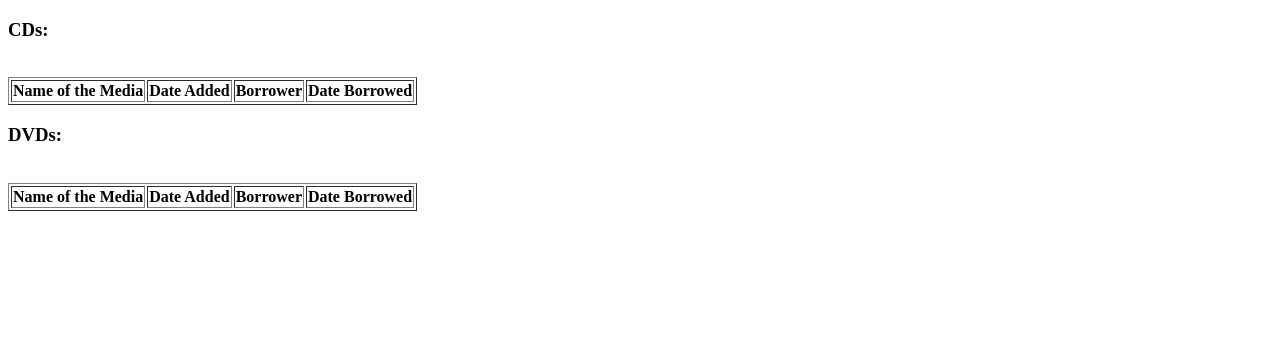
Repository: sjayach/CS320
Page: http://localhost/Practise/DisplayMedia
These files come from the project's save history. The page is drawn as it stood at one moment and after the next save; the edit follows.
The browser window is 1280 px wide. The pictures show the whole page.
The page is served by Tomcat 9. Other server files are loaded and not shown. Queries for data that is not in the repository find no rows.

Above is the page before, as saved 2015-06-11 18:28:23.

### Practise/WebContent/WEB-INF/MediaDisplay.jsp
<%@ page language="java" contentType="text/html; charset=ISO-8859-1"
    pageEncoding="ISO-8859-1"%>
    <%@ taglib prefix="c" uri="http://java.sun.com/jsp/jstl/core" %>
<!DOCTYPE html PUBLIC "-//W3C//DTD HTML 4.01 Transitional//EN" "http://www.w3.org/TR/html4/loose.dtd">
<html>
<head>
<meta http-equiv="Content-Type" content="text/html; charset=ISO-8859-1">
<title>Insert title here</title>
</head>
<body>
<h3>CDs:</h3><br />
<table border="1">
	<tr>
		<th>Name of the Media</th>
		<th>Date Added</th>
		<th>Borrower</th>
		<th>Date Borrowed</th>
	</tr>
	<c:forEach items="${ medialist}" var="media">
		<c:if test="${media.types == 'CD' }">
		<tr>

			<td>${media.namemedia}</td>
			<td>${media.addDate}</td>
			<c:choose>
				<c:when test="${not empty media.borrowed}">
					<td>${media.borrowed}</td>
					<td>${media.lentDate }
				</c:when>
				<c:otherwise>
					<td><a href ="LendPage?id=${media.id}">Lend</a></td>
					<td></td>
				</c:otherwise>
			</c:choose>
		</tr>
	</c:if>
	</c:forEach>

</table>





<h3>DVDs:</h3><br />
<table border="1">
	<tr>
		<th>Name of the Media</th>
		<th>Date Added</th>
		<th>Borrower</th>
		<th>Date Borrowed</th>
	</tr>
	<c:forEach items="${ medialist}" var="media">
		<c:if test="${media.types == 'DVD' }">
		<tr>

			<td>${media.namemedia}</td>
			<td>${media.addDate}</td>
			<c:choose>
				<c:when test="${not empty media.borrowed}">
					<td>${media.borrowed}</td>
					<td>${media.lentDate }
				</c:when>
				<c:otherwise>
					<td><a href ="LendPage?id=${media.id}">Lend</a></td>
					<td></td>
				</c:otherwise>
			</c:choose>
		</tr>
	</c:if>
	</c:forEach>

</table>


</body>
</html>

### Practise/src/mediaStore/DisplayMedia.java
package mediaStore;

import java.io.IOException;
import java.sql.Connection;
import java.sql.Date;
import java.sql.Driver;
import java.sql.DriverManager;
import java.sql.ResultSet;
import java.sql.Statement;
import java.sql.Timestamp;
import java.util.ArrayList;
import java.util.List;

import javax.servlet.ServletContext;
import javax.servlet.ServletException;
import javax.servlet.annotation.WebServlet;
import javax.servlet.http.HttpServlet;
import javax.servlet.http.HttpServletRequest;
import javax.servlet.http.HttpServletResponse;

/**
 * Servlet implementation class DisplayMedia
 */
@WebServlet("/DisplayMedia")
public class DisplayMedia extends HttpServlet {
	private static final long serialVersionUID = 1L;

	protected void doGet(HttpServletRequest request, HttpServletResponse response) throws ServletException, IOException {

		ServletContext context = this.getServletContext();
		String host = "cs3.calstatela.edu";
		String port = "3306";
		String dbName = "cs320stu47";
		String username = "cs320stu47";
		String password = "..7qX4#g";

		String url = "jdbc:mysql://" + host + ":" + port + "/" + dbName;

		try{
			// Dynamically include the MySQL Driver
			Class.forName("org.gjt.mm.mysql.Driver").newInstance();

			// Instantiate the Driver
			Driver driver = new org.gjt.mm.mysql.Driver();

			// Connect to the Database
			Connection connection =
					DriverManager.getConnection(url, username, password);

			// Create a Statement
			Statement statement = connection.createStatement();
			String query ="SELECT * FROM Media";
			List<MediaBean> mediaList = new ArrayList<MediaBean>();
			ResultSet rs = statement.executeQuery(query);
			while(rs.next()) {
				int id = rs.getInt("id");
				String type = rs.getString("type");
				String namemedia = rs.getString("nameMedia");
				Timestamp addDate = rs.getTimestamp("addDate");
				boolean isloan = rs.getBoolean("isLoan");
				String lentdate= rs.getString("lentDate");
				String borrowed = rs.getString("Borrowed");
				mediaList.add(new MediaBean(id, type,namemedia,addDate,isloan,lentdate,borrowed));
				System.out.println("type" +type + "Name" +namemedia+ "date" + addDate);
			}

			request.setAttribute("medialist", mediaList);
			context.setAttribute("MediContext", mediaList);
			request.getRequestDispatcher("/WEB-INF/MediaDisplay.jsp").forward(request,response);
		} catch(Exception e) {}
	}


	protected void doPost(HttpServletRequest request, HttpServletResponse response) throws ServletException, IOException {
		doGet(request,response);
	}

}

After the next save:
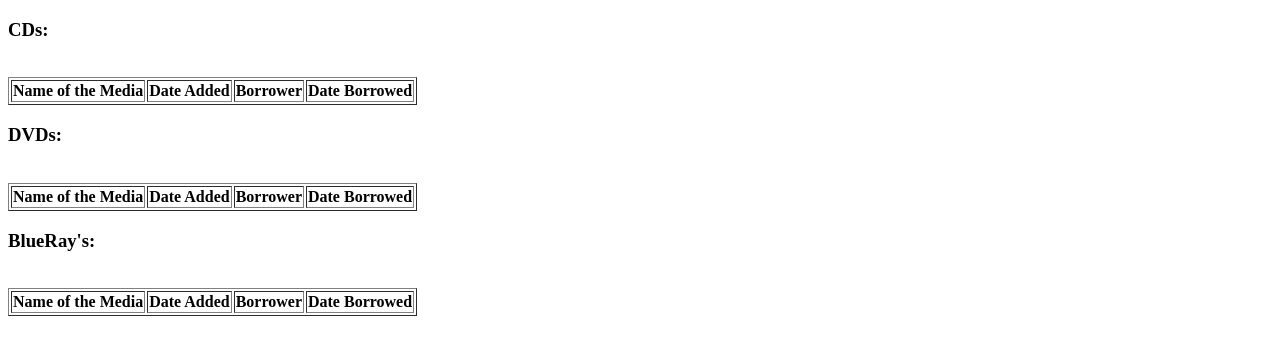
Saved 34 s later.
--- a/Practise/WebContent/WEB-INF/MediaDisplay.jsp
+++ b/Practise/WebContent/WEB-INF/MediaDisplay.jsp
@@ -73,5 +73,37 @@
 </table>
 
 
+
+<h3>BlueRay's:</h3><br />
+<table border="1">
+	<tr>
+		<th>Name of the Media</th>
+		<th>Date Added</th>
+		<th>Borrower</th>
+		<th>Date Borrowed</th>
+	</tr>
+	<c:forEach items="${ medialist}" var="media">
+		<c:if test="${media.types == 'BlueRay' }">
+		<tr>
+
+			<td>${media.namemedia}</td>
+			<td>${media.addDate}</td>
+			<c:choose>
+				<c:when test="${not empty media.borrowed}">
+					<td>${media.borrowed}</td>
+					<td>${media.lentDate }
+				</c:when>
+				<c:otherwise>
+					<td><a href ="LendPage?id=${media.id}">Lend</a></td>
+					<td></td>
+				</c:otherwise>
+			</c:choose>
+		</tr>
+	</c:if>
+	</c:forEach>
+
+</table>
+
+
 </body>
 </html>
